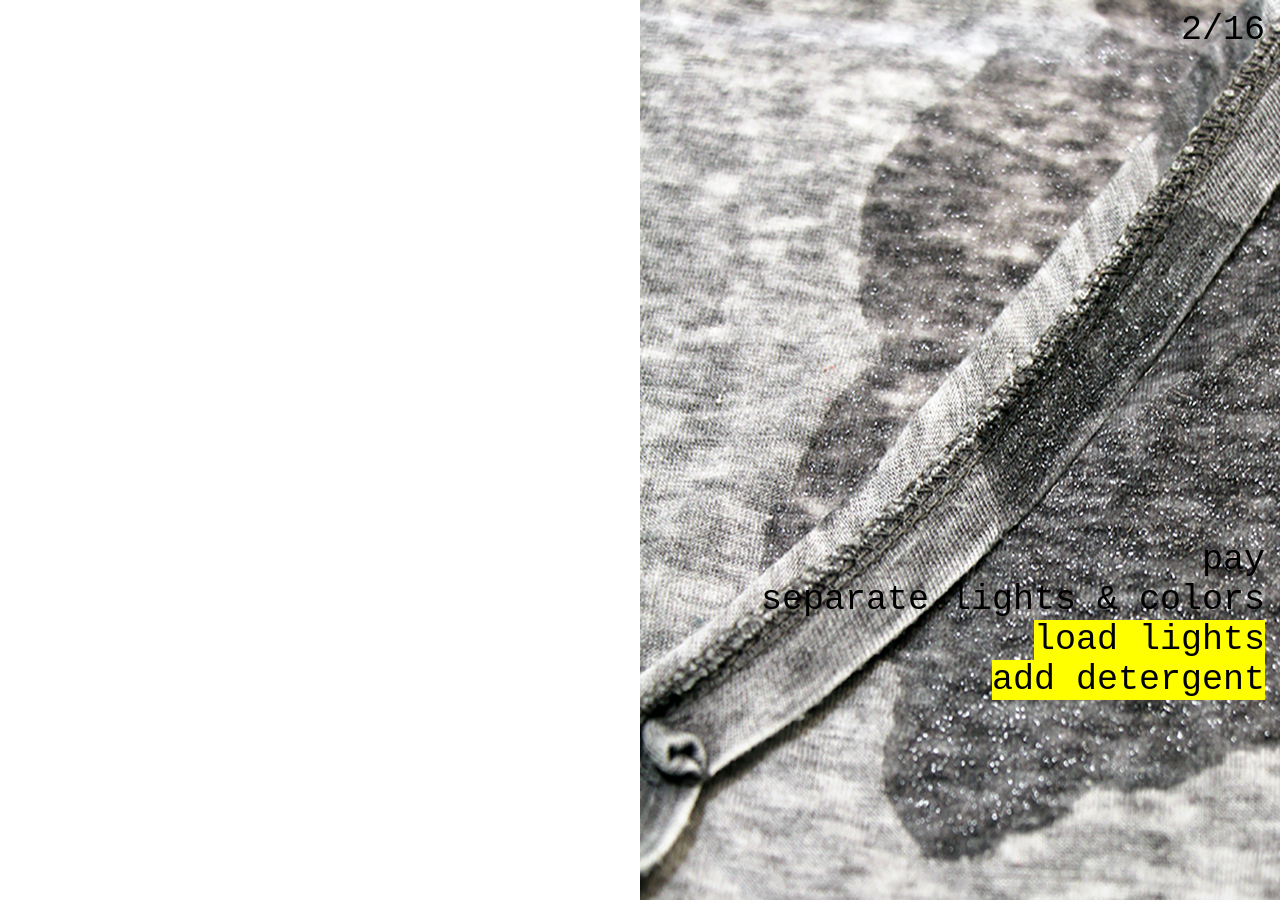
Repository: ortik455/ortik455.github.io
Page: studio/laundrysite/four.html
The author's editor kept a record of every edit. The page is drawn from the files as they stood at one moment, then again after the next edit.
The browser window is 1280 px wide. The pictures show the whole page.

Above is the page before.

### studio/laundrysite/four.html
<!DOCTYPE html>
<html>
	<head>
	    <link href='http://fonts.googleapis.com/css?family=Inconsolata' rel='stylesheet' type='text/css'>
		<link rel="icon" href="../../studio/favicon.png" sizes="16x16 32x32" type="image/png">
		<link href="laundry.css" rel="stylesheet" type="text/css">
		<title>2/16</title>
	</head>

	<body>
<!--class to call out all the text and use id="" to call out
individual things but dont use ids... -->
	  <div class="text">
		<div class="number">
	  		2/16
	  	</div>
		<div class="steps">
		  	pay<br>
		  	separate lights &amp; colors
		  	<br>
		  	<mark>load lights
		  	<br>
		  	add detergent</mark>
		</div>
	  </div>

	  <div class="photos">
	  	<a href="four.html"><img src="photos/loadlights.png"  alt=""></a>
	  </div>
	</body>
</html>

### studio/laundrysite/laundry.css
*, *:before, *:after {
    -webkit-box-sizing: border-box;
       -moz-box-sizing: border-box;
            box-sizing: border-box;

}
.timerbox {
    background: #000000;
    float: left;
    width: 50%;
    height: 900px;
}
.timer {
    position: absolute;
    background: #000000;
    color: #ffffff;
    top: 50%;
    left: 275px;
    font-size: 60px;
}
.timer2 {
    position: absolute;
    background: #000000;
    color: #ffffff;
    top: 50%;
    left: 275px;
    font-size: 60px;
}

body{
	background: #FFFFFF;
	font-size: 0px;
	margin: 0;
	font-family: Courier New, sans-serif;
	height: 100%;
}
.start{
    background-color: #000000;
    font-size: 50px;
    letter-spacing: 6px;
    position: absolute;
    bottom: 50%;
    margin-left: 20px;
}
.mark {
    background-color: #000000;
    color: #FFFFFF;
}
.text {
	font-size: 35px;
    width: 50%;
    height: 715px;
    float: left;
}
.photos {
    width: 50%;
    height: 100%;
    float: left;
    overflow: hidden;
}
.number {
   font-size: 35px;
   position: fixed;
   top: 0px;
   right: 0px;
   padding: 10px 15px 20px 5px;
}
.steps {
   font-size: 35px;
   text-align: right;
   position: fixed;
   bottom: 0px;
   right: 0px;
   padding: 10px 15px 20px 5px;

}
a:link {
    text-decoration:none;
    color: #000000;
    }
a:visited {
    color: #000000;
}
.photos:hover img {
    transform: scale(1.1);
}
.photos img {
    transition: transform 2s ease;
}

After the next edit:
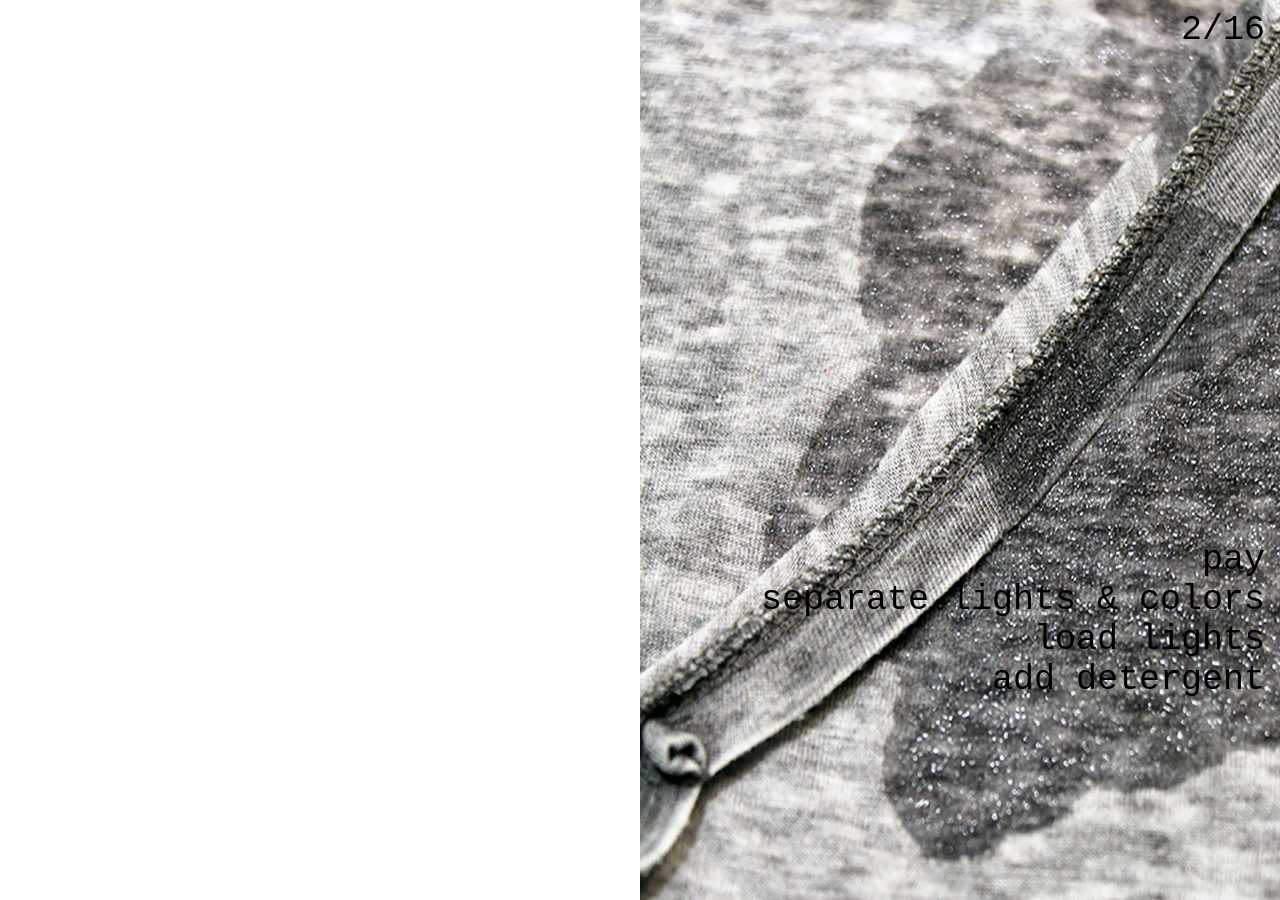
The edit:
--- a/studio/laundrysite/four.html
+++ b/studio/laundrysite/four.html
@@ -18,7 +18,7 @@
 		  	pay<br>
 		  	separate lights &amp; colors
 		  	<br>
-		  	<mark>load lights
+		  	load lights
 		  	<br>
 		  	add detergent</mark>
 		</div>
